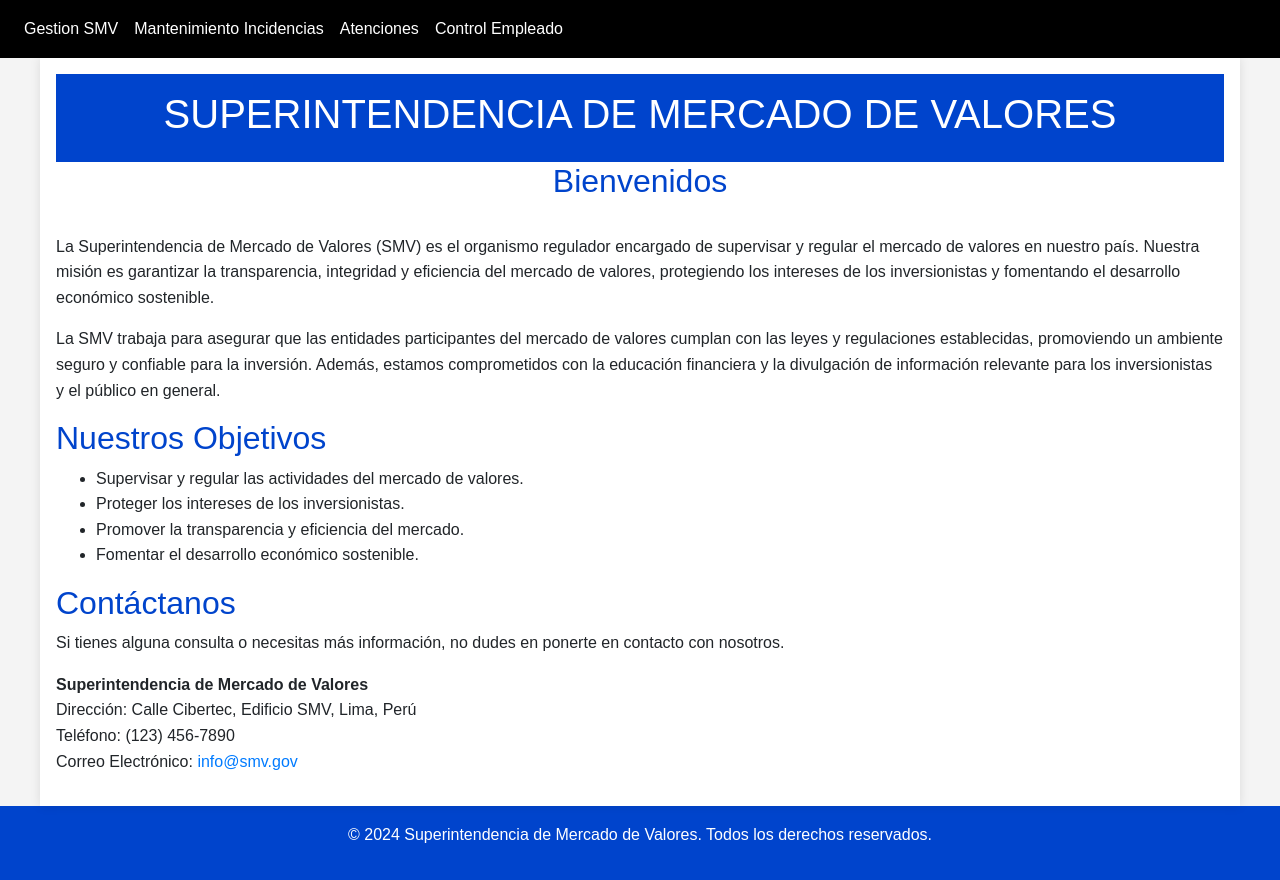
Repository: MoisesACC/Proyecto_web_EFSRT
Page: http://localhost/index
These files come from the project's save history. The page is drawn as it stood at one moment and after the next save; the edit follows.
The browser window is 1280 px wide. The pictures show the whole page.
The page is this project's Thymeleaf template; nobody is signed in. The template is opened directly, without the code that normally fills it, so the values that code supplies are empty.

Above is the page before, as saved 2024-10-13 14:56:43.

After the next save:
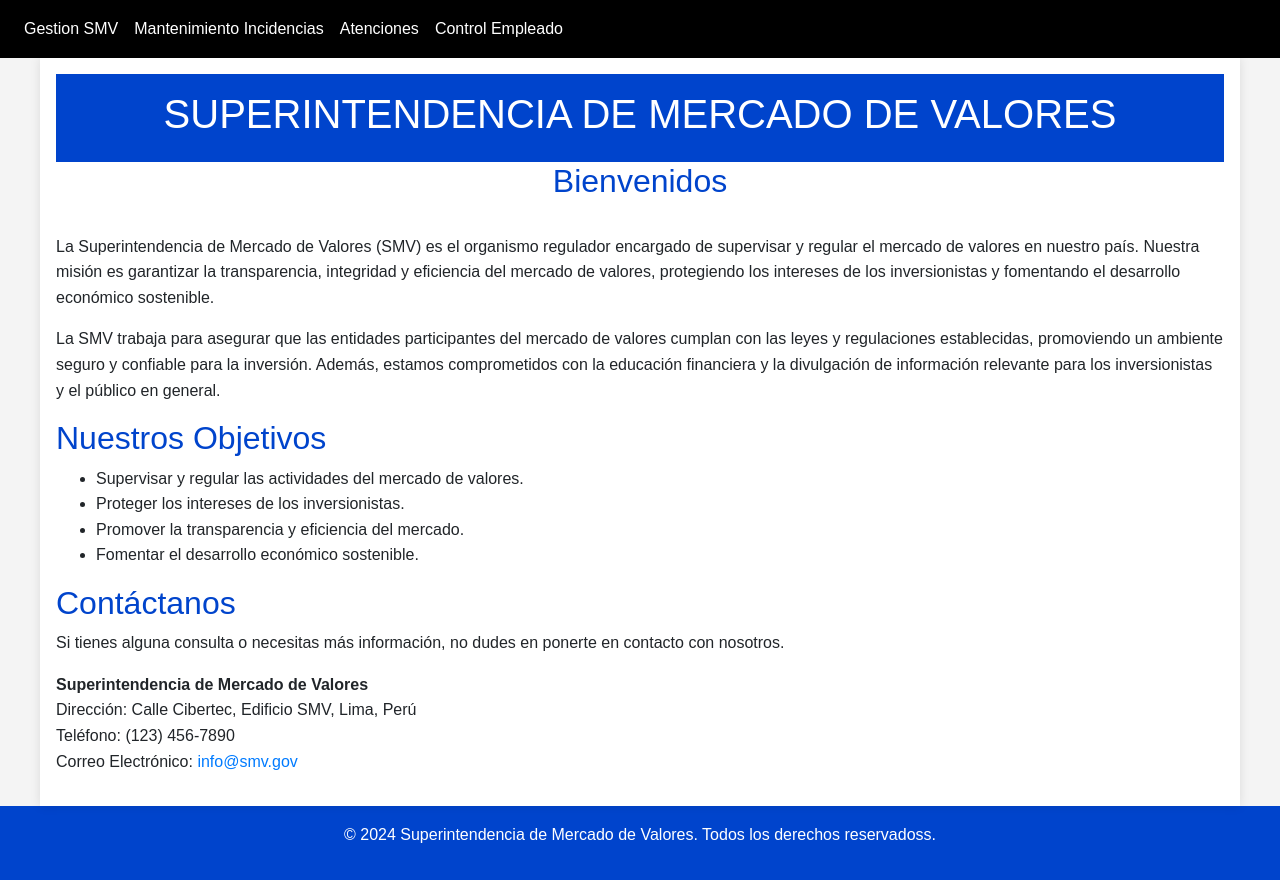
Saved 3 h 21 min later.
--- a/gestion-incidencias/src/main/resources/templates/index.html
+++ b/gestion-incidencias/src/main/resources/templates/index.html
@@ -103,7 +103,7 @@
     </div>
 
     <footer>
-        <p>&copy; 2024 Superintendencia de Mercado de Valores. Todos los derechos reservados.</p>
+        <p>&copy; 2024 Superintendencia de Mercado de Valores. Todos los derechos reservadoss.</p>
     </footer>
 </body>
 </html>
